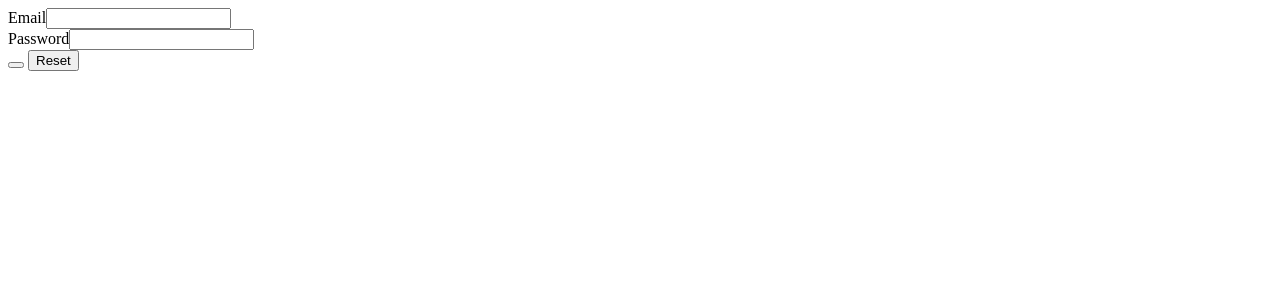
Repository: laxmichauhan/Student-Data-Insertion
Page: Application1/WebContent/login.html
The author's editor kept a copy of each file at every save. The page is drawn from the files as they stood at one save, then again after the next save.
The browser window is 1280 px wide. The pictures show the whole page.

Above is the page before, as saved 2019-02-19 06:09:56.

After the next save:
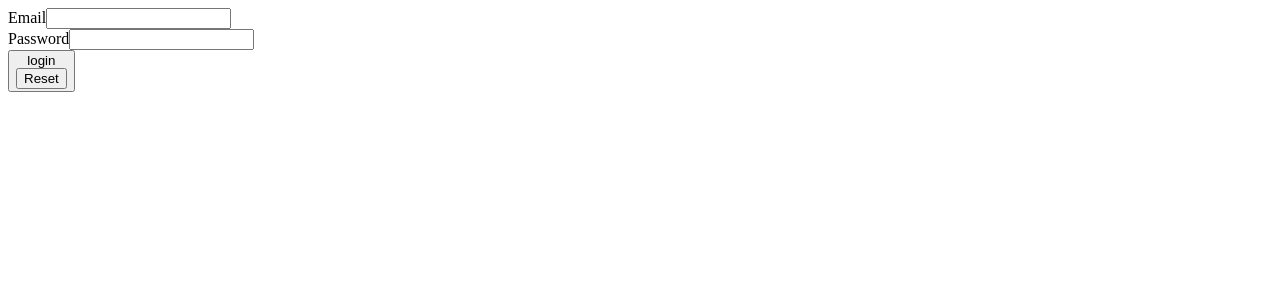
Saved 23 s later.
--- a/Application1/WebContent/login.html
+++ b/Application1/WebContent/login.html
@@ -8,7 +8,7 @@
 <form action="Verify" method="post">
 Email<input type="text" name="email"/><br>
 Password<input type="password" name="password"/><br>
-<button type="Login" value="login"></button>
+<button type="Login" value="login"/>login<br>
 <input type="Reset" name="reset"/>
 
 
